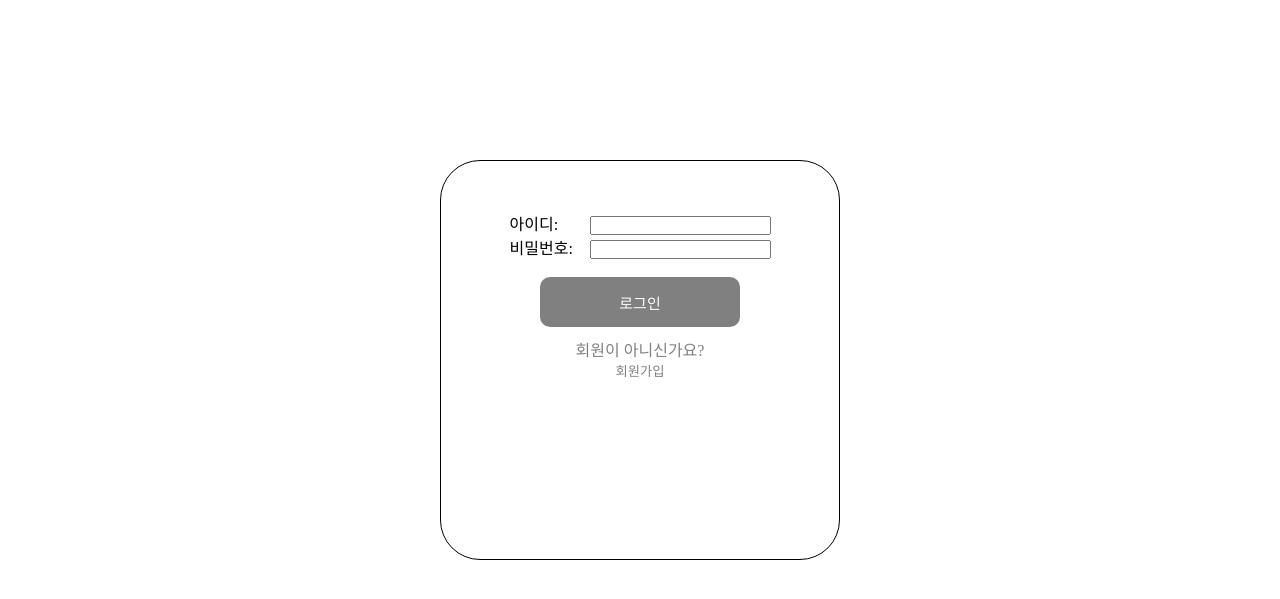
Repository: KGH1125/jsp_project
Page: http://localhost/jsp_project4/
The author's editor kept a copy of each file at every save. The page is drawn from the files as they stood at one save, then again after the next save.
The browser window is 1280 px wide. The pictures show the whole page.
The page is served by Tomcat 9. Other server files are loaded and not shown.

Above is the page before, as saved 2023-05-30 01:52:46.

### jsp_project4/jsp_project4/src/main/webapp/main.jsp
<%@ page language="java" contentType="text/html; charset=UTF-8"
	pageEncoding="UTF-8"%>
<!DOCTYPE html>
<html>
<head>
<meta charset="UTF-8">
<title>Main</title>
<style type="text/css">
* {
	margin: 0;
	padding: 0;
	box-sizing: border-box;
}

.mainbox {
	width: 400px;
	height: 400px;
	border: 1px solid black;
	border-radius: 10%;
	left: 50%;
	top: 50%;
	position: absolute;
	transform: translate(-50%, -50%);
	text-align: center;
	padding: 50px;
}

.tspan {
	display: inline-block;
	width: 80px;
	text-align: left;
}

.loginbtn {
	width: 200px;
	height: 50px;
	color: white;
	background-color: gray;
	font-size: 15px;
	border: none;
	border-radius: 10px

}
.subbox{
padding:10px;
color: gray;
}
.joinbtn{
color: gray;
border: none;
background: none;

}
butten:hover {
	cursor: pointer;
}
</style>

</head>
<body>
	<div class="mainbox">
		<form>
			<span class="tspan">아이디:</span><input type="text" name="id"><br>
			<span class="tspan">비밀번호:</span><input type="password"
				name="password"><br> <br>
			<button class="loginbtn" type="submit">로그인</button>
			<div class="subbox">
				회원이 아니신가요?<br>
				<a><button class="joinbtn">회원가입</button></a>
			</div>
		</form>

	</div>

</body>
</html>

After the next save:
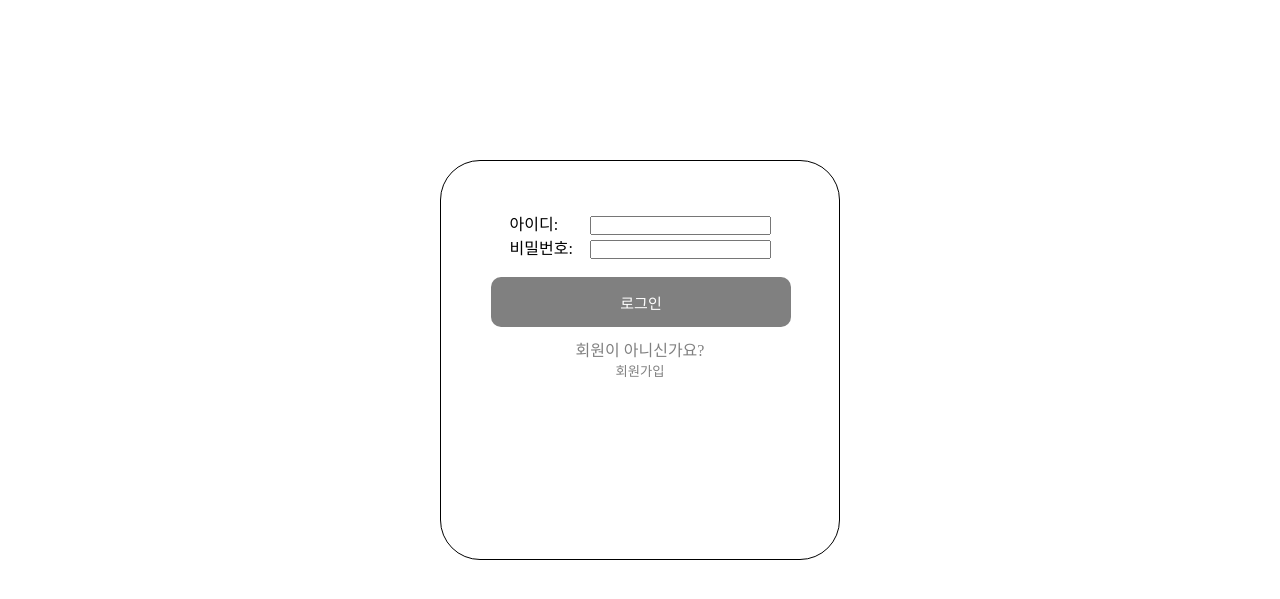
Saved 22 s later.
--- a/jsp_project4/jsp_project4/src/main/webapp/main.jsp
+++ b/jsp_project4/jsp_project4/src/main/webapp/main.jsp
@@ -32,7 +32,7 @@
 }
 
 .loginbtn {
-	width: 200px;
+	width: 300px;
 	height: 50px;
 	color: white;
 	background-color: gray;
